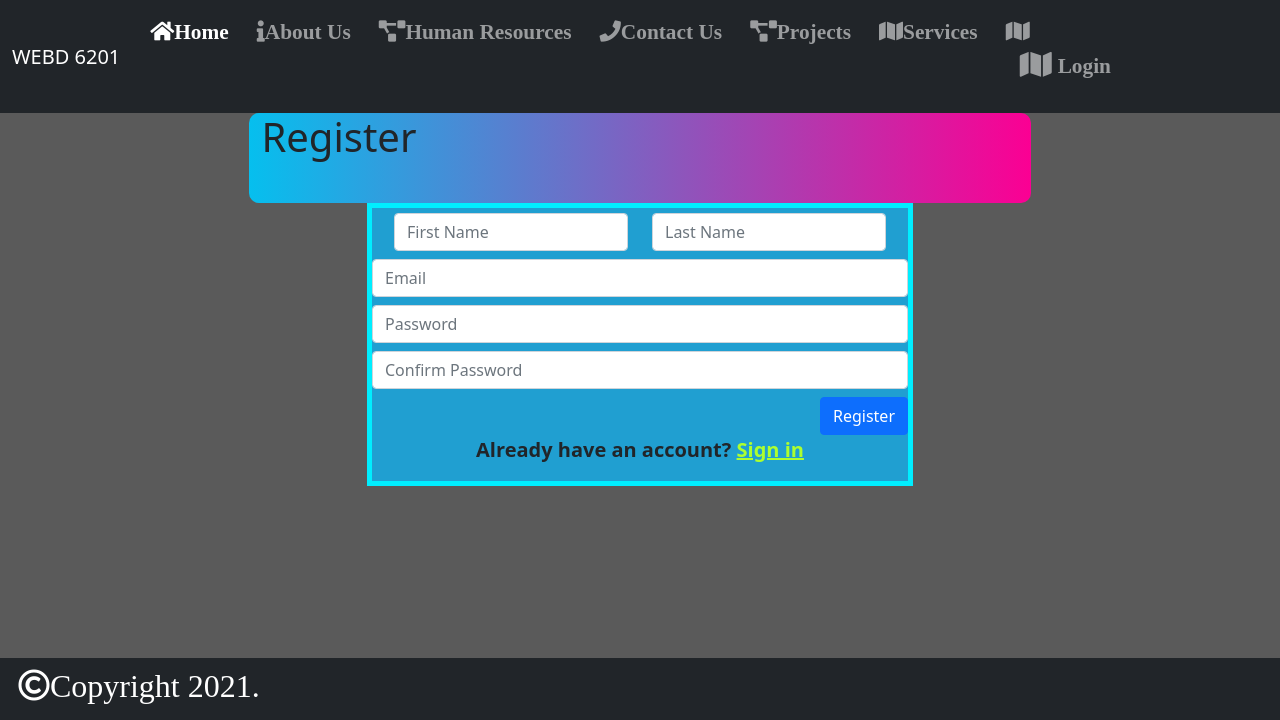
Repository: vans12345678/WEBD6201-W2021-Lab2
Page: register.html
The author's editor kept a copy of each file at every save. The page is drawn from the files as they stood at one save, then again after the next save.
The browser window is 1280 px wide. The pictures show the whole page.

Above is the page before, as saved 2021-02-25 19:19:33.

After the next save:
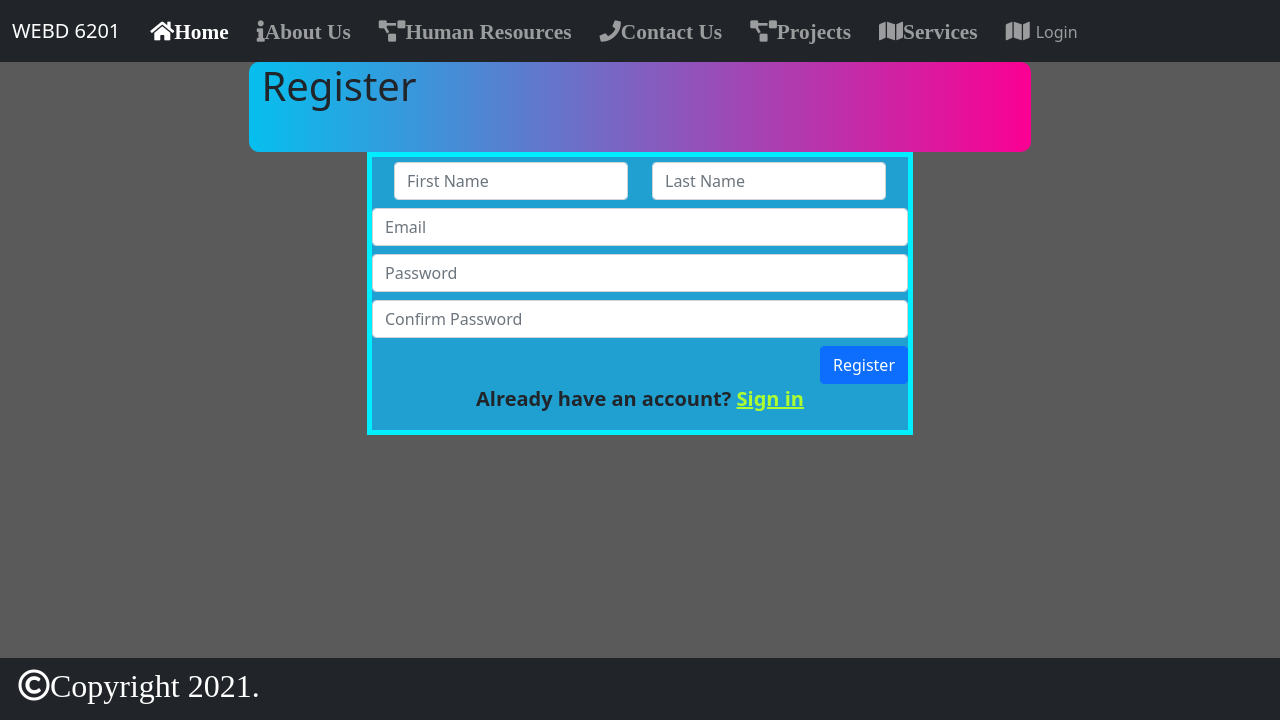
Saved 46 s later.
--- a/register.html
+++ b/register.html
@@ -36,8 +36,8 @@
                     <li class="nav-item">
                       <a  class="nav-link " aria-current="page" href="services.html"><i id ="navServices"class = "fas fa-map fa-lg"></i></a>
                     </li>
-                    <li class="nav-item">
-                      <a  class="nav-link " aria-current="page" href="login.html"><i id ="navLogin"class = "fas fa-map fa-lg"></i></a>
+                    <li class="nav-item" id ="navLogin">
+                      <a  class="nav-link " aria-current="page" href="login.html"><i class = "fas fa-map fa-lg"></i></a>
                     </li>
                   </ul>
                 </div>
